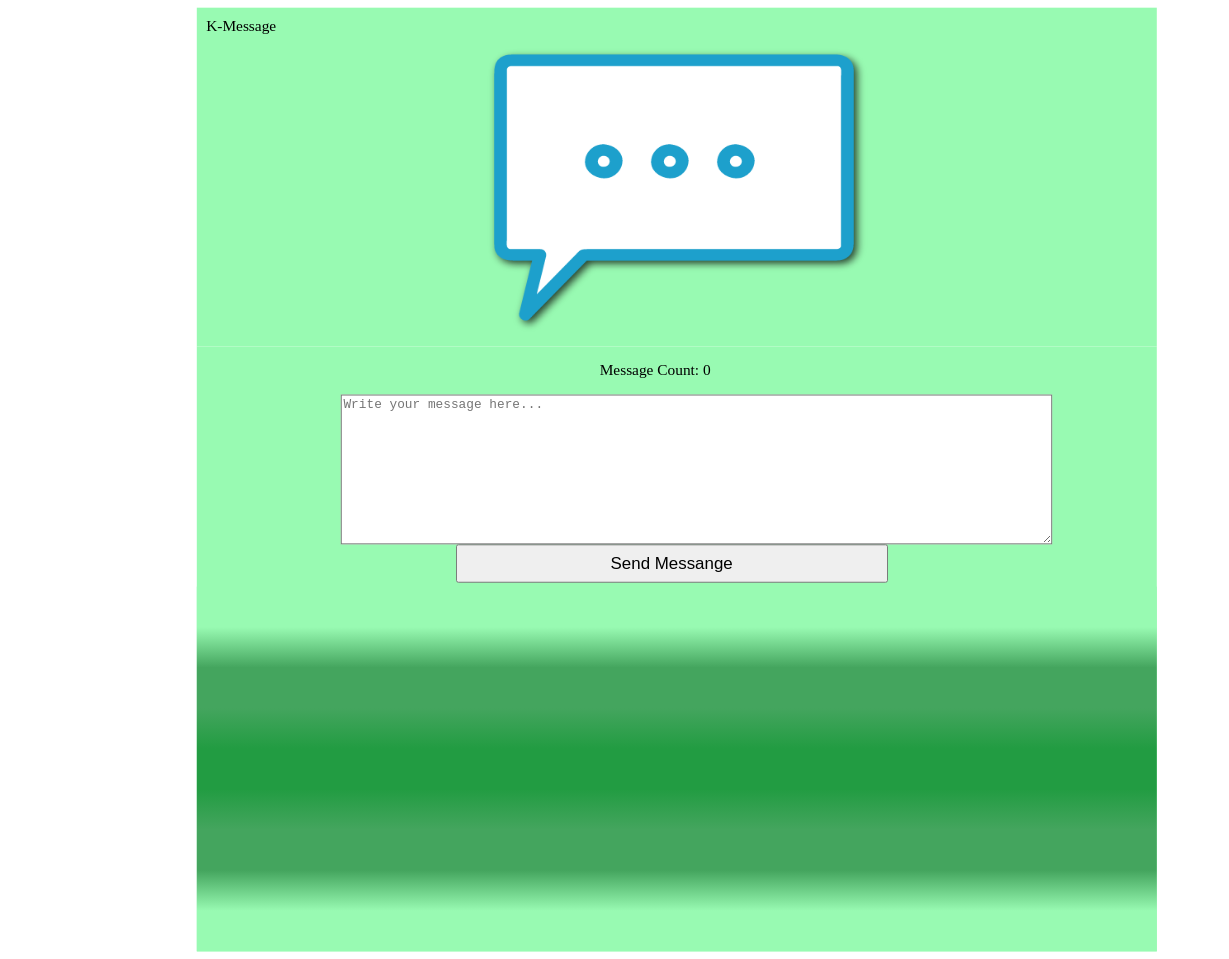
Repository: KevinUd2014/Kn222gn-laborations-Repo-1dv403
Page: 2-labbymezzage/Index.html
The author's editor kept a record of every edit. The page is drawn from the files as they stood at one moment, then again after the next edit.
The browser window is 1280 px wide. The pictures show the whole page, at 96% of full size.

Above is the page before.

After the next edit:
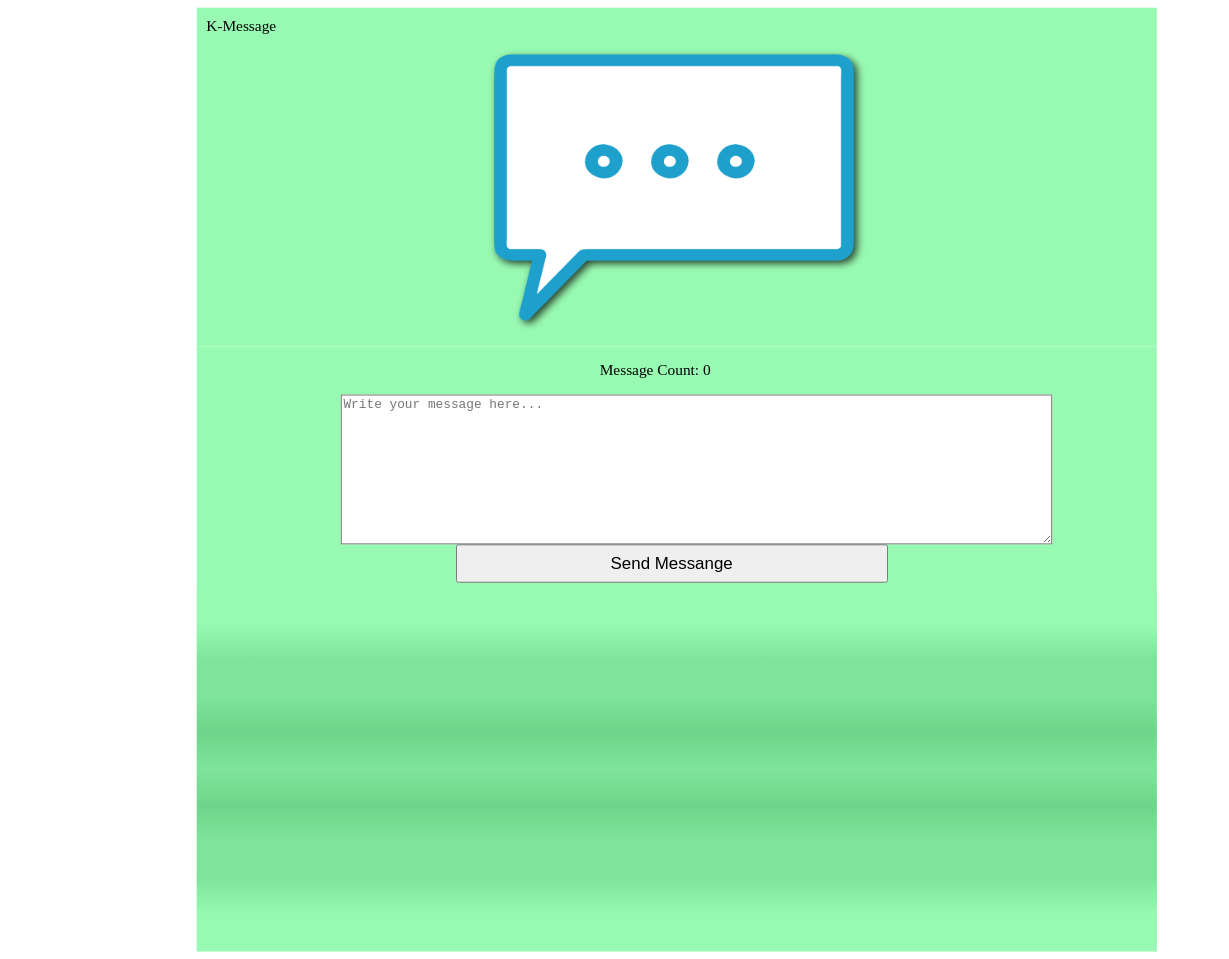
The edit:
--- a/2-labbymezzage/CssMessage.css
+++ b/2-labbymezzage/CssMessage.css
@@ -54,7 +54,7 @@
     overflow-y:scroll;
     min-height:380px;
     height:380px;
-    background:linear-gradient(#98FAB2,#98FAB2,#44A55E,#44A55E, #229C42,#229C42,#44A55E, #44A55E,#98FAB2, #98FAB2);
+    background:linear-gradient(#98FAB2,#98FAB2,#7FE49A,#7FE49A, #6DD589,#7FE49A,#6DD589,#7FE49A, #7FE49A,#98FAB2, #98FAB2);
 }
 #messagesSection p
 {
